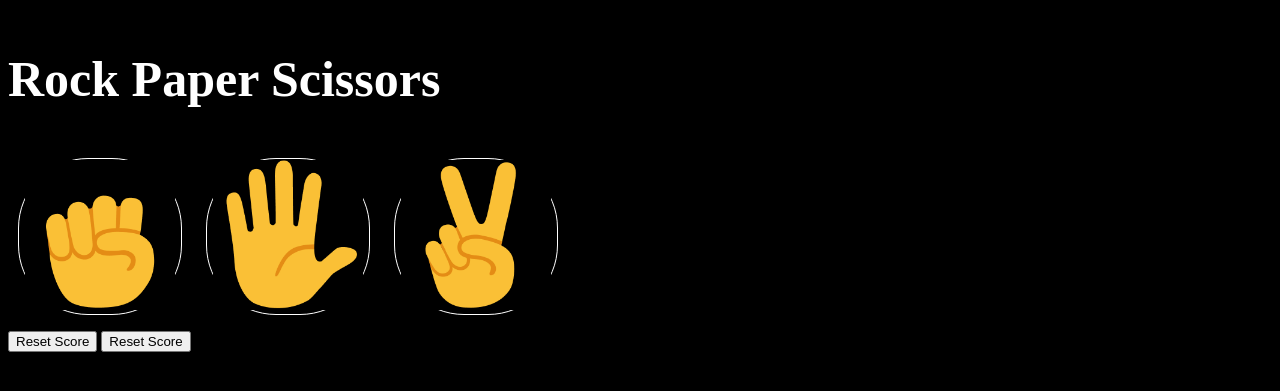
Repository: pgyunknown/Rock_paper_scissors-
Page: index.html
An editor plug-in stored every save of this project. The page is shown before and after the next save, followed by the edit.
The browser window is 1280 px wide. The pictures show the whole page.

Above is the page before, as saved 2024-08-30 17:09:01.

### index.html

<!DOCTYPE html>
<html>
  <head>
    <title>Rock Paper Scissors</title>
    <link rel="stylesheet" href="index.css">
  </head>
  <body>
    <p class="title">Rock Paper Scissors</p>
    <button onclick="
      playGame('rock');
    "class="emoji"><img src="images/rock-emoji.png" alt=""></button>

    <button onclick="
      playGame('paper');
    " class="emoji"><img src="images/paper-emoji.png" alt=""></button>

    <button onclick="
      playGame('scissors');
    " class="emoji"><img src="images/scissors-emoji.png" alt=""></button>

    <p class="js-result result"></p>
    <p class="js-moves"></p>
    <p class="js-score score"></p>

    <button onclick="
      score.wins = 0;
      score.losses = 0;
      score.ties = 0;
      localStorage.removeItem('score');
      updateScoreElement();
    " class="reset-score-button">Reset Score</button>
    <button onclick="
      score.wins = 0;
      score.losses = 0;
      score.ties = 0;
      localStorage.removeItem('score');
    ">Reset Score</button>

    <script src="index.js">

    </script>
  </body>
</html>

### index.css
body{
  background-color: black;
  color: white;
}
.title{
  font-size: 50px;
  font-weight: bold;
}

button img{
  height: 150px;
  width: 150px;
  background-color: black;
  /* border: 1px solid white;
  border-radius: 70px; */
}
.emoji{
  background-color: black;
    border: 1px solid white;
  border-radius: 70px;
  margin: 0px 10px 0px 10px;
}

### index.js
      let score = JSON.parse(localStorage.getItem('score')) || {
        wins: 0,
        losses: 0,
        ties: 0
      };

      function pickComputerMove() {
        const randomNumber = Math.random();

        let computerMove = '';

        if (randomNumber >= 0 && randomNumber < 1 / 3) {
          computerMove = 'rock';
        } else if (randomNumber >= 1 / 3 && randomNumber < 2 / 3) {
          computerMove = 'paper';
        } else if (randomNumber >= 2 / 3 && randomNumber < 1) {
          computerMove = 'scissors';
      }

        return computerMove;
      }
      function playGame(playerMove) {
        const computerMove = pickComputerMove();

        let result = '';

        if (playerMove === 'scissors') {
          if (computerMove === 'rock') {
            result = 'You lose.';
          } else if (computerMove === 'paper') {
            result = 'You win.';
          } else if (computerMove === 'scissors') {
            result = 'Tie.';
          }

        } else if (playerMove === 'paper') {
          if (computerMove === 'rock') {
            result = 'You win.';
          } else if (computerMove === 'paper') {
            result = 'Tie.';
          } else if (computerMove === 'scissors') {
            result = 'You lose.';
          }

        } else if (playerMove === 'rock') {
          if (computerMove === 'rock') {
            result = 'Tie.';
          } else if (computerMove === 'paper') {
            result = 'You lose.';
          } else if (computerMove === 'scissors') {
            result = 'You win.';
          }
        }

        if (result === 'You win.') {
          score.wins += 1;
        } else if (result === 'You lose.') {
          score.losses += 1;
        } else if (result === 'Tie.') {
          score.ties += 1;
        }

        localStorage.setItem('score', JSON.stringify(score));

        alert(`You picked ${playerMove}. Computer picked ${computerMove}. ${result}
Wins: ${score.wins}, Losses: ${score.losses}, Ties: ${score.ties}`);
      }

After the next save:
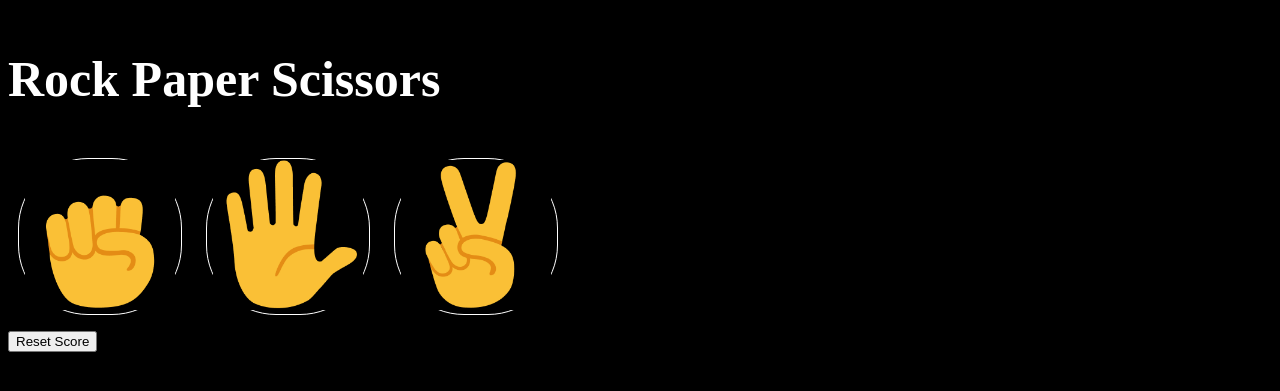
Saved 14 s later.
--- a/index.html
+++ b/index.html
@@ -30,12 +30,7 @@
       localStorage.removeItem('score');
       updateScoreElement();
     " class="reset-score-button">Reset Score</button>
-    <button onclick="
-      score.wins = 0;
-      score.losses = 0;
-      score.ties = 0;
-      localStorage.removeItem('score');
-    ">Reset Score</button>
+
 
     <script src="index.js">
 
